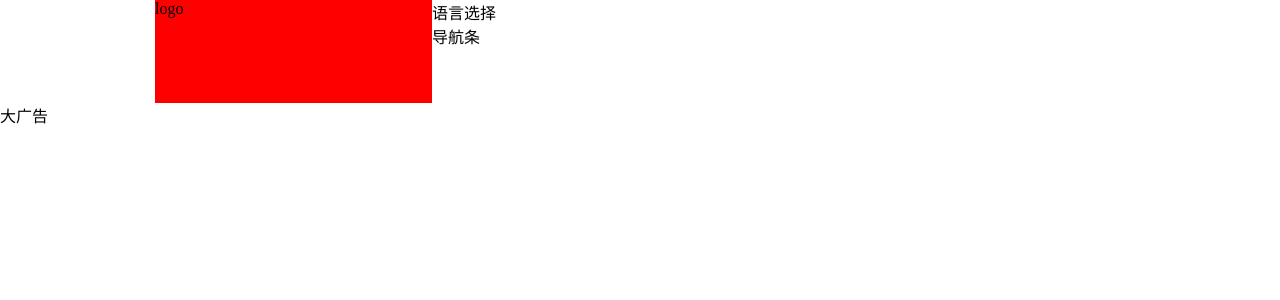
Repository: Germtao/Web
Page: web_css/css_浮动.html
These files come from the project's save history. The page is drawn as it stood at one moment and after the next save; the edit follows.
The browser window is 1280 px wide. The pictures show the whole page.

Above is the page before, as saved 2020-10-30 10:28:39.

After the next save:
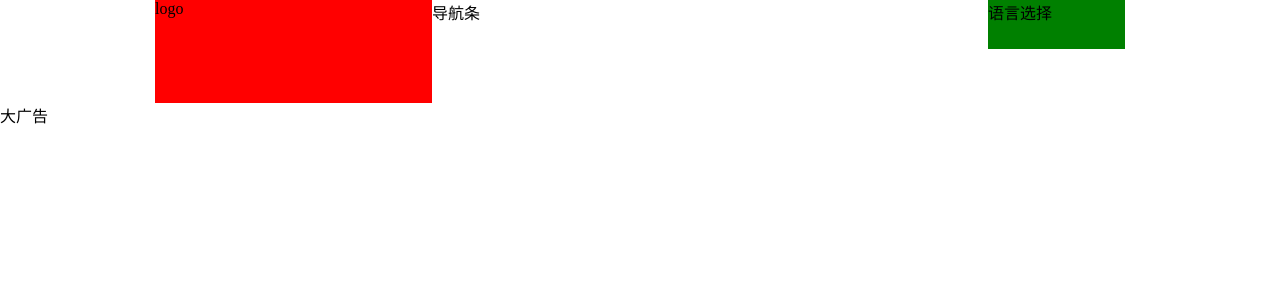
Saved 65 s later.
--- a/web_css/css_浮动.html
+++ b/web_css/css_浮动.html
@@ -150,6 +150,14 @@
       width: 277px;
       height: 103px;
       background-color: red;
+    }
+
+    .header .language {
+      float: right;
+      width: 137px;
+      height: 49px;
+      background-color: green;
+      margin-bottom: 8px;
     }
   </style>
 
